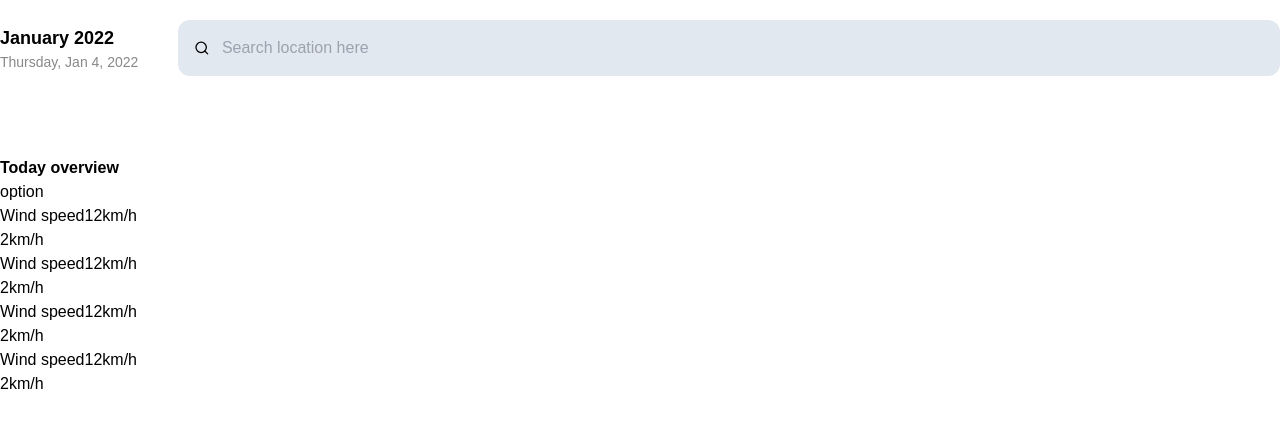
Repository: theweirdboiz/datawarehouse-ui
Page: /
The author's editor kept a copy of each file at every save. The page is drawn from the files as they stood at one save, then again after the next save.
The browser window is 1280 px wide. The pictures show the whole page.
The project was rebuilt for these pictures with package versions that can differ from the ones it lists, and the page was loaded fresh each time. Also part of the build but not shown: vite.config.js.

Above is the page before, as saved 2022-11-23 16:12:26.

After the next save:
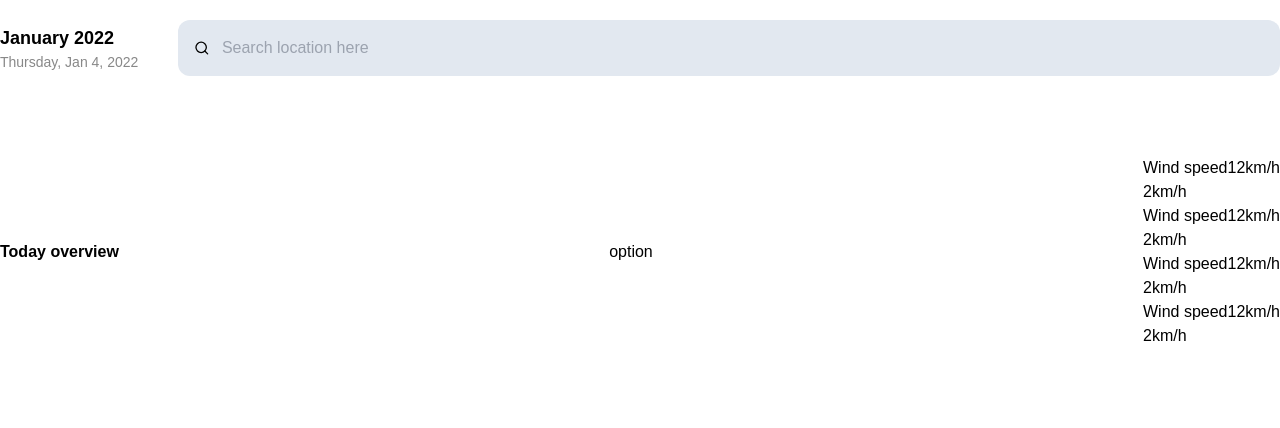
Saved 25 s later.
--- a/src/App.jsx
+++ b/src/App.jsx
@@ -27,7 +27,7 @@ function App() {
             </div>
           </div>
           <div className="content__detail">
-            <div className="">
+            <div className="flex items-center justify-between">
               <h4 className="font-semibold">Today overview</h4>
               <div className="">option</div>
               <div className="content__detail-box">
